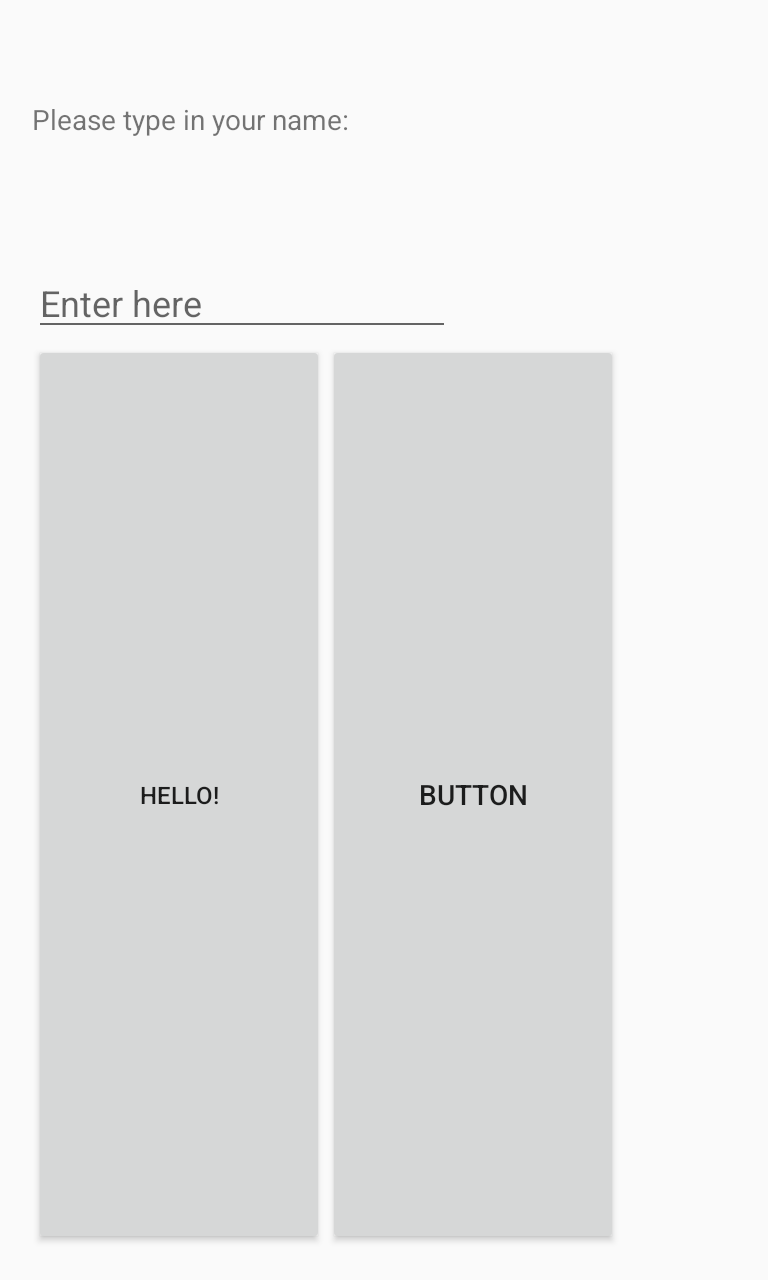
Repository: echolomaniac/HelloWorld
Layout: HelloWorld/res/layout/fragment_main.xml
The author's editor kept a copy of each file at every save. The layout is drawn from the files as they stood at one save, then again after the next save.
It is drawn on a 768 x 1280 px phone screen (xhdpi) without system bars, with theme AppTheme; the app's code is not run.

Above is the layout before, as saved 2014-05-06 05:18:16.

After the next save:
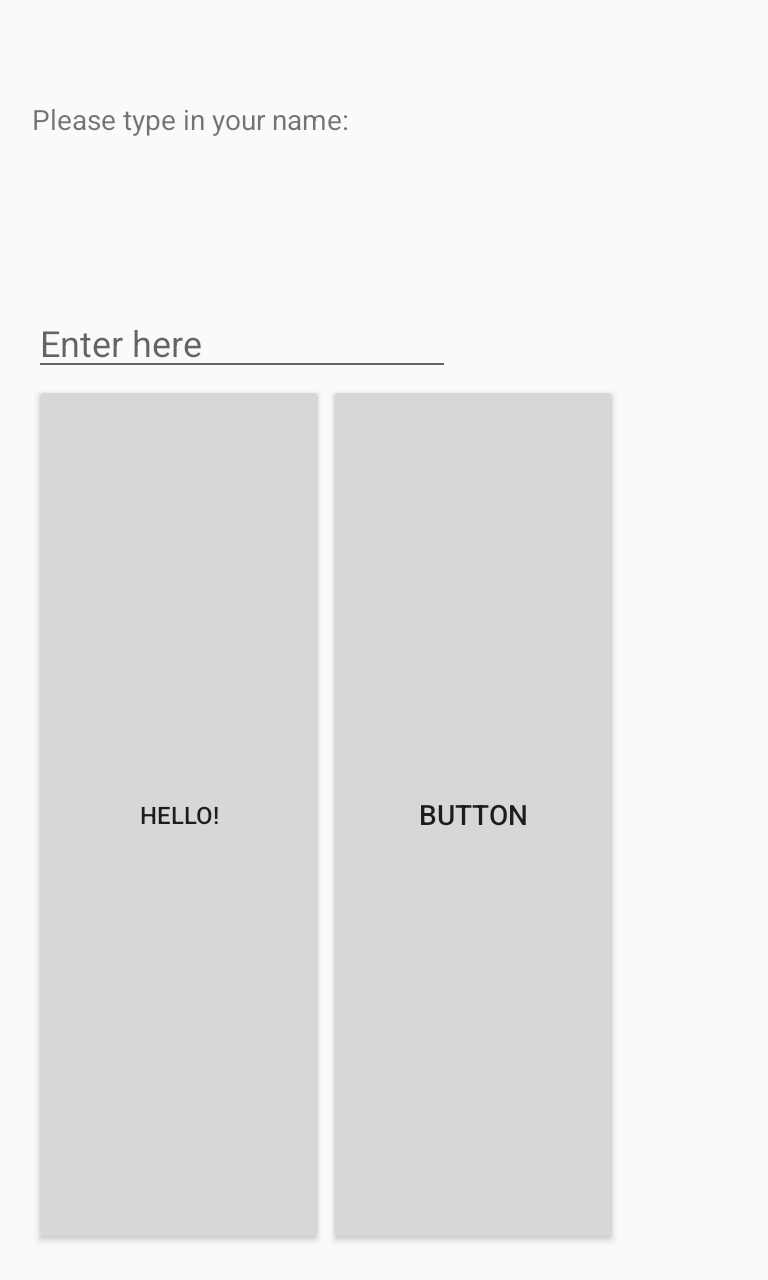
Saved 8 s later.
--- a/HelloWorld/res/layout/fragment_main.xml
+++ b/HelloWorld/res/layout/fragment_main.xml
@@ -26,7 +26,7 @@
             android:id="@+id/editText1"
             android:layout_width="wrap_content"
             android:layout_height="wrap_content"
-            android:layout_marginTop="60dp"
+            android:layout_marginTop="80dp"
             android:ems="10"
             android:hint="@string/hint_enter_name" />
 
